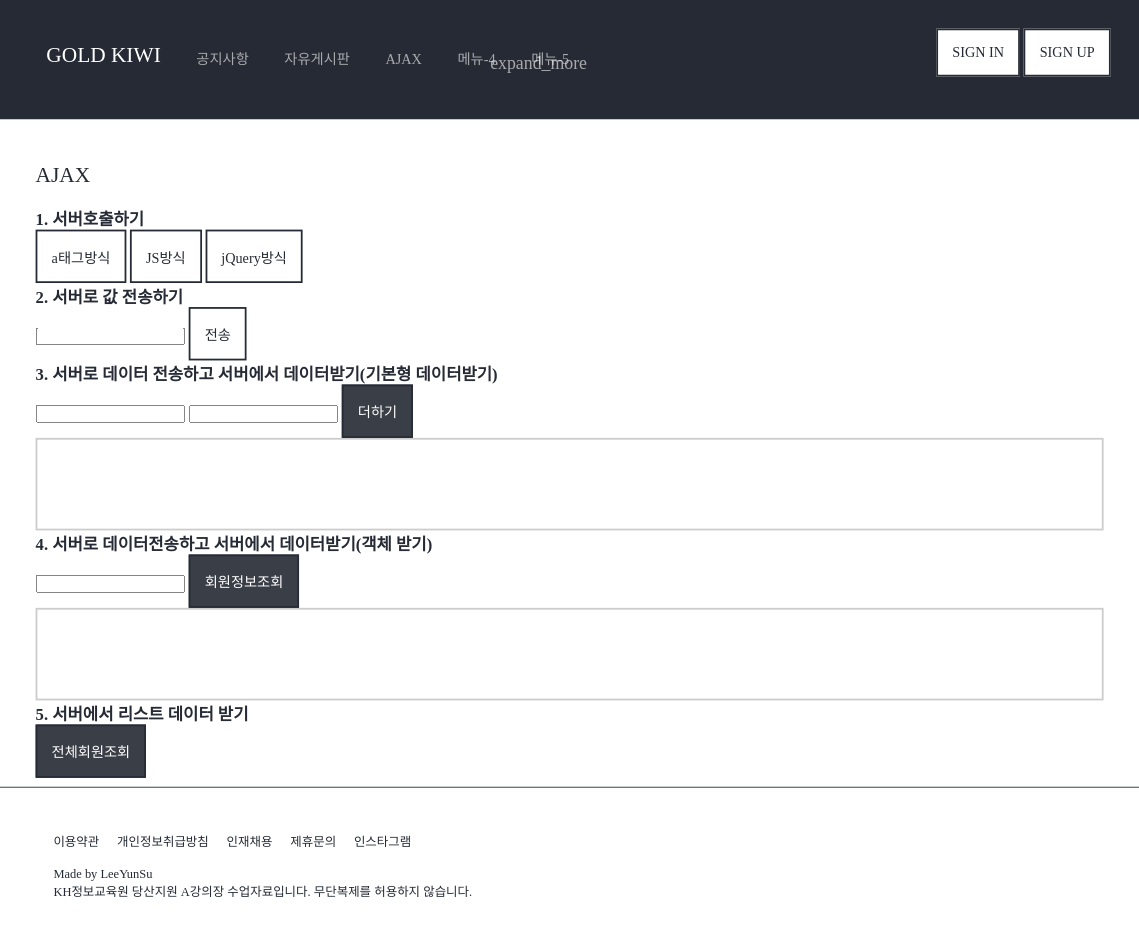
Repository: RiboKim/web-workspace
Page: http://localhost/07_mvc2WebProject/ajax.do
An editor plug-in stored every save of this project. The page is shown before and after a run of saves, followed by the edit.
The browser window is 1280 px wide. The pictures show the whole page, at 89% of full size.
Some web fonts or font styles are not loaded; a fallback is used. The page is served by Tomcat 9.

Above is the page before, as saved 2023-02-21 04:33:36.

After the next 2 saves:
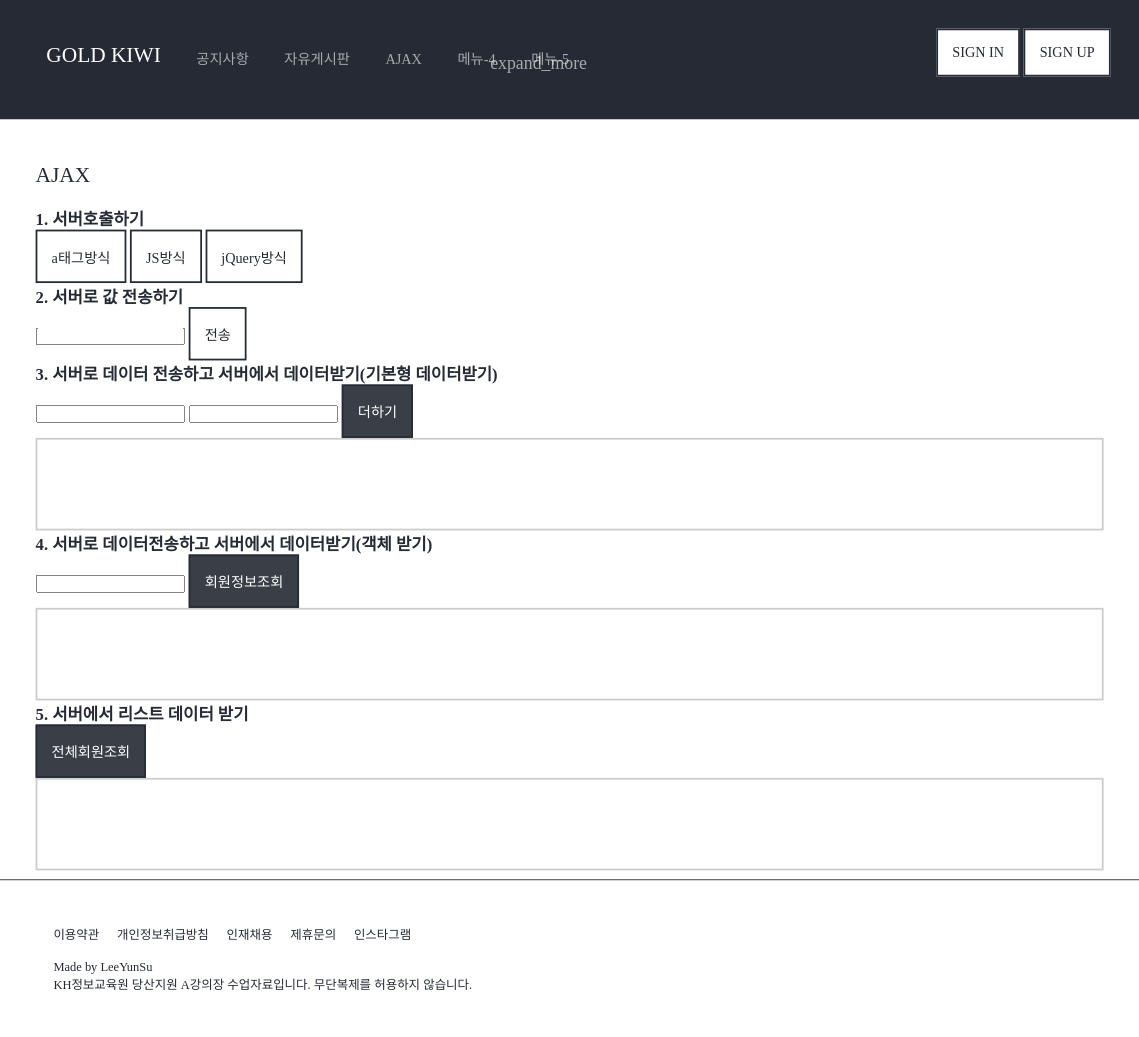
The 2 saves are shown as one change because they came seconds apart.
The last was saved 18 s later.
--- a/07_mvc2WebProject/src/main/webapp/WEB-INF/views/etc/ajax.jsp
+++ b/07_mvc2WebProject/src/main/webapp/WEB-INF/views/etc/ajax.jsp
@@ -38,6 +38,7 @@
 
 		<h3>5. 서버에서 리스트 데이터 받기</h3>
 		<button class="btn bc1" id="jQ5">전체회원조회</button>
+		<p class="ajaxResult" id="result5"></p>
 	</div>
 	<script>
 		$("#js").on("click",function(){
